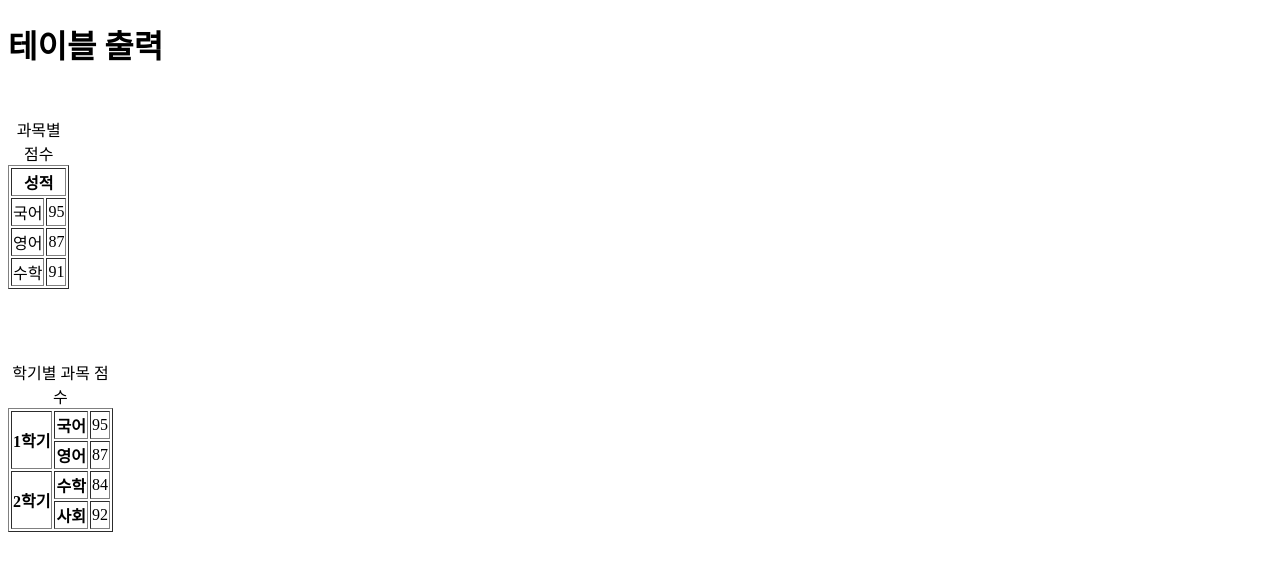
Repository: KimHeonSeung/TJE_HTML
Page: sources/day_01/WebContent/head_foot.html
An editor plug-in stored every save of this project. The page is shown before and after the next save, followed by the edit.
The browser window is 1280 px wide. The pictures show the whole page.

Above is the page before, as saved 2019-05-10 07:56:04.

After the next save:
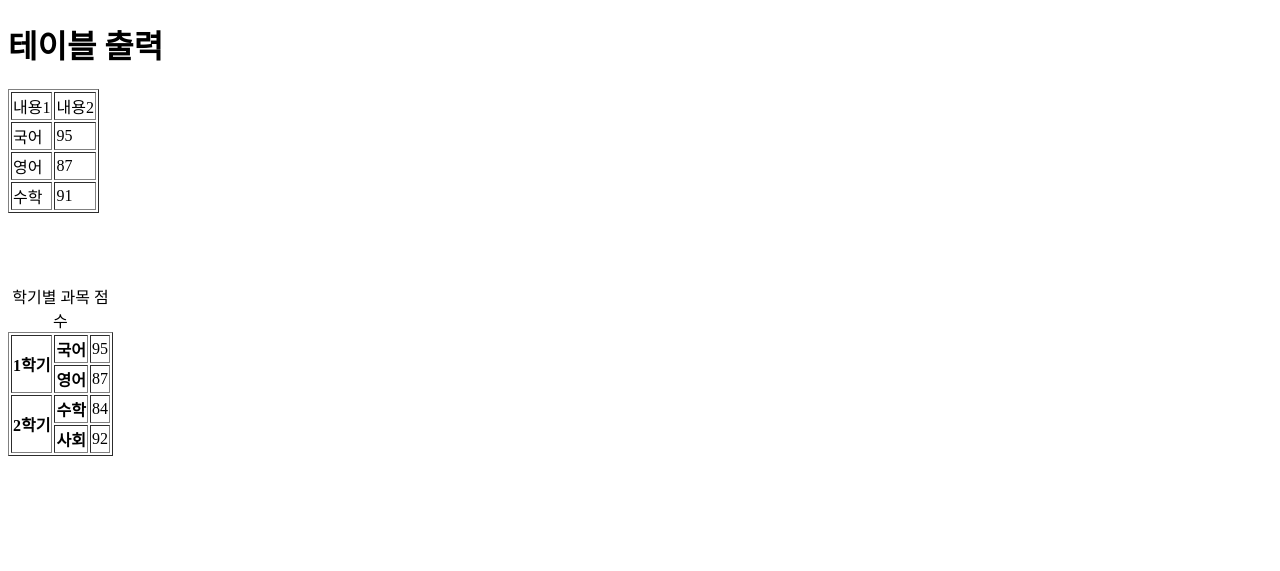
Saved 2 min 45 s later.
--- a/sources/day_01/WebContent/head_foot.html
+++ b/sources/day_01/WebContent/head_foot.html
@@ -7,19 +7,12 @@
 </style>
 </head>
 <body>
-<!-- colspan, rowspan  -->
 
 <h1>테이블 출력</h1>
-
-<pre>
-
-</pre>
 <table border = "1">
-<!-- caption : 표 상단에 제목을 달아줌 -->
-	<caption>과목별 점수</caption>
 	<tr>
-	<!-- 2개를 합치겠다 -->
-		<th colspan = "2">성적</th>
+		<td>내용1</td>
+		<td>내용2</td>
 	</tr>
 
 	<tr>
